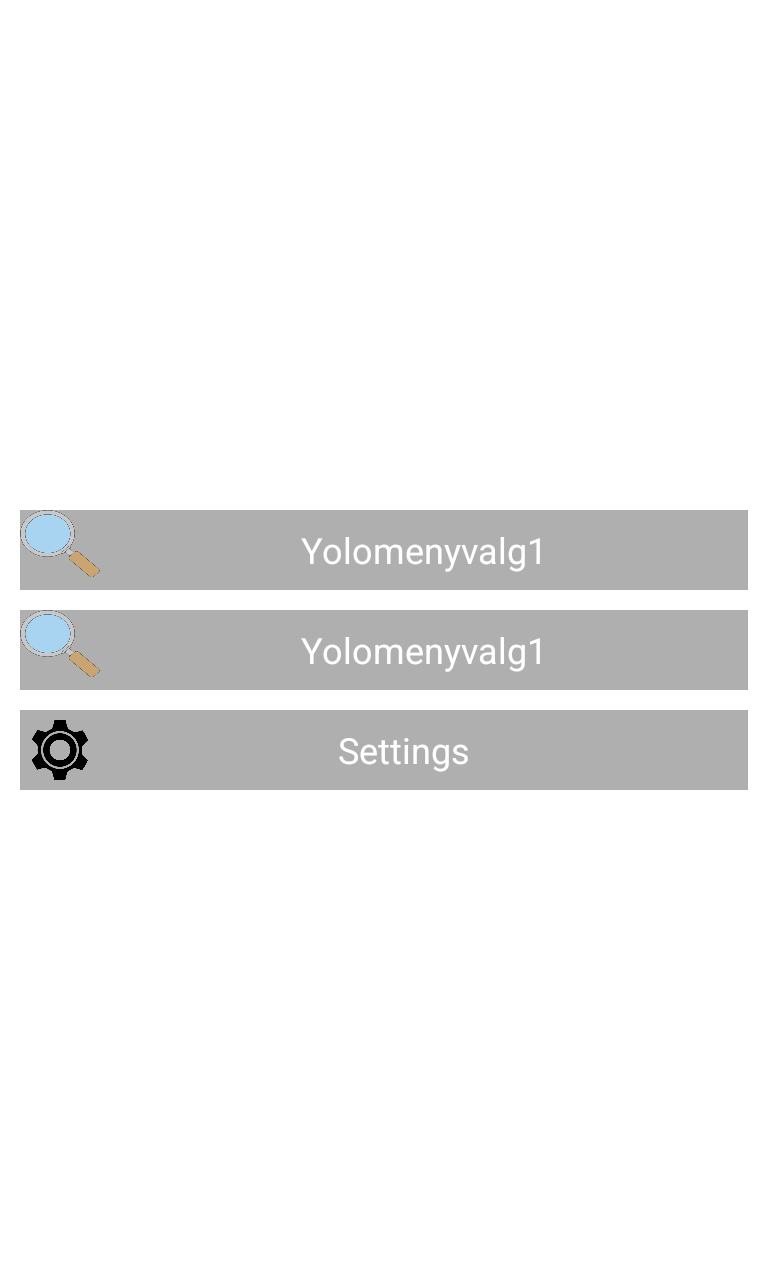
Repository: pumalove/workspace
Layout: MainActivity/res/layout/gridview.xml
The author's editor kept a copy of each file at every save. The layout is drawn from the files as they stood at one save, then again after the next save.
It is drawn on a 768 x 1280 px phone screen (xhdpi) without system bars, with theme AppTheme; the app's code is not run. Lists and similar views that code fills are empty.

Above is the layout before, as saved 2014-03-18 10:56:31.

After the next save:
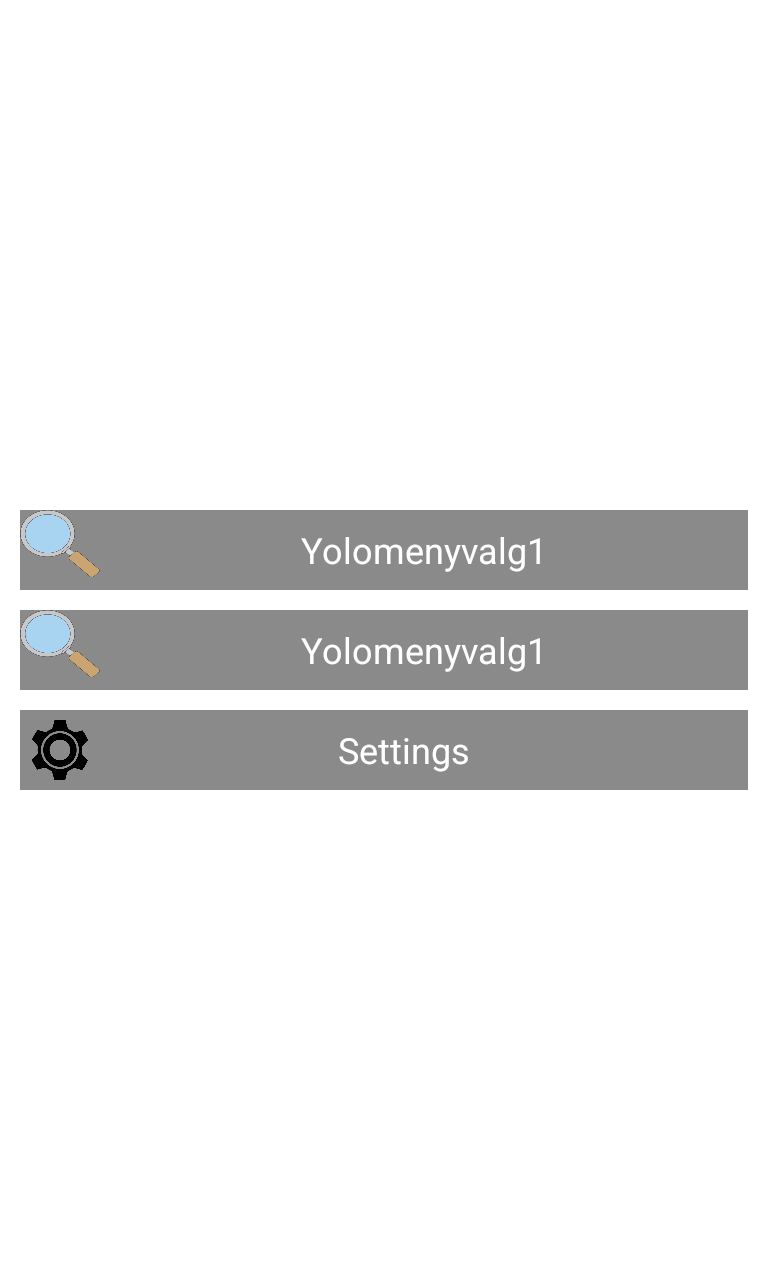
Saved 14 s later.
--- a/MainActivity/res/drawable/custom_buttons.xml
+++ b/MainActivity/res/drawable/custom_buttons.xml
@@ -15,7 +15,7 @@
 
   <item>
     <shape>
-      <solid android:color="#50000000" />
+      <solid android:color="#75000000" />
     </shape>
   </item>
 
